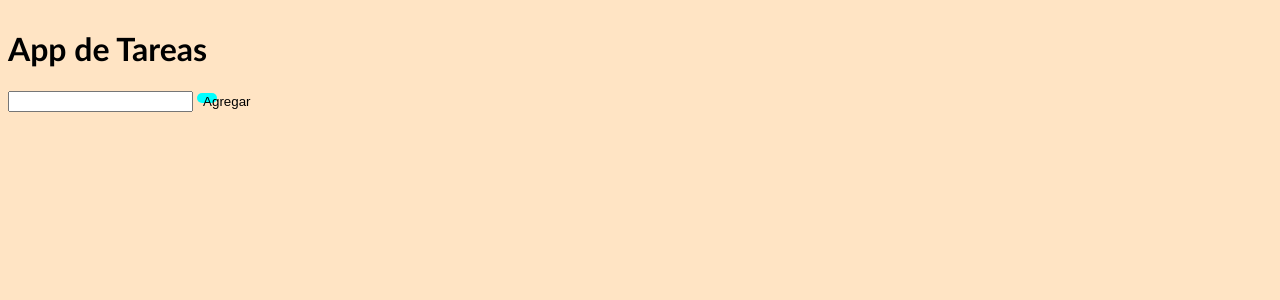
Repository: Kevin8548/Ejercicios-DOM
Page: todoapp/index.html
These files come from the project's save history. The page is drawn as it stood at one moment and after the next save; the edit follows.
The browser window is 1280 px wide. The pictures show the whole page.

Above is the page before, as saved 2024-10-09 13:57:14.

### todoapp/index.html
<!DOCTYPE html>
<html lang="en">
<head>
    <meta charset="UTF-8">
    <meta name="viewport" content="width=device-width, initial-scale=1.0">
    <title>App de tareas</title>
    <link rel="stylesheet" href="./style.css">
</head>
<body>
    <div class="container">
        <div class="form">
            <h1>App de Tareas</h1>
            <form id="form">
                <input type="text" name="" id="inputtarea">
                <button>Agregar</button>
            </form>
        </div>
        <div class="tareas"></div>
    </div>
    <script src="./app.js"></script>
</body>
</html>

### todoapp/style.css
.alert{
    width: 75%;
    padding: 10px;
    border-radius: 10px;
    display: flex;
    justify-content: space-around;
    float: right;
}

.red{
    border: 2px solid red;
    background-color: rgb(240, 165, 165);
}

.yellow{
    border: 2px solid rgb(246,246,21);
    background-color: rgb(243,243,173);
}

.green{
    border: 2px solid green;
    background-color: rgb(179,238,179);
}

.form{
    float: left;
    align-items: center;
}

body{
    background-color: bisque;
    font-family: 'Gill Sans', 'Gill Sans MT', Calibri, 'Trebuchet MS', sans-serif;
}

button{
    background-color: aqua;
    border: 10px;
    border-radius: 5px;
    width: 20px;
    height: 10px;
}

### todoapp/app.js
const tareasDiv = document.querySelector('.tareas');
const myForm = document.querySelector('#form');
const inputTarea = document.querySelector('#inputtarea');

const addTarea = () => {
    const tarea = inputTarea.value;
    tareasDiv.appendChild(creaObjeto(tarea));
    inputTarea.value = ''
}

const eliminaObjeto = e => {
    const button = e.target;
    const papa = button.parentElement;
    papa.remove();
}


const changeColor = e=> {
    const myDiv = e.target;
    if(myDiv.classList.contains('red')){
        myDiv.classList.remove('red');
        myDiv.classList.add('yellow');
    }
    else if (myDiv.classList.contains('yellow')){
        myDiv.classList.remove('yellow');
        myDiv.classList.add('green')
    }
}

const creaObjeto = (tarea) => {
    const div = document.createElement('div');
    const p = document.createElement('p');
    p.innerText = tarea;
    const button = document.createElement('button')
    button.innerText= 'Eliminar';
    button.addEventListener('click', eliminaObjeto)
    div.appendChild(p);
    div.appendChild(button);


    div.classList.add('alert');
    div.classList.add('red');
    div.addEventListener('click', changeColor)


    return div;
}



myForm.addEventListener('submit', e => {
    e.preventDefault();
    addTarea();
});

After the next save:
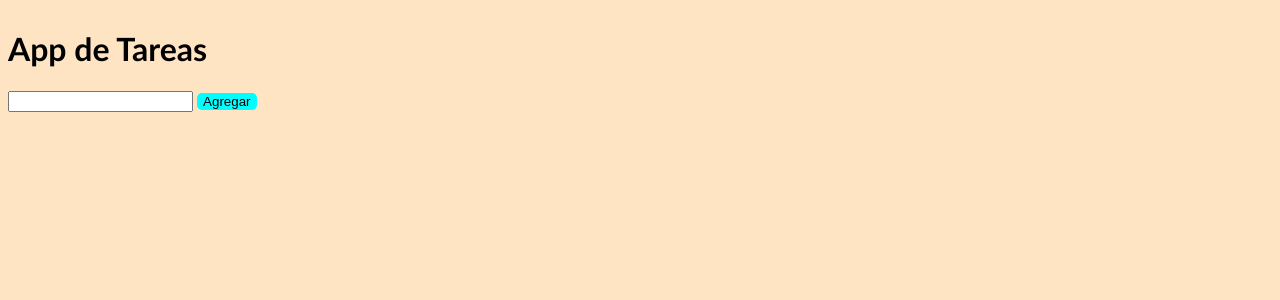
Saved 4 s later.
--- a/todoapp/style.css
+++ b/todoapp/style.css
@@ -36,6 +36,6 @@ button{
     background-color: aqua;
     border: 10px;
     border-radius: 5px;
-    width: 20px;
-    height: 10px;
+    /* width: 20px;
+    height: 10px; */
 }
